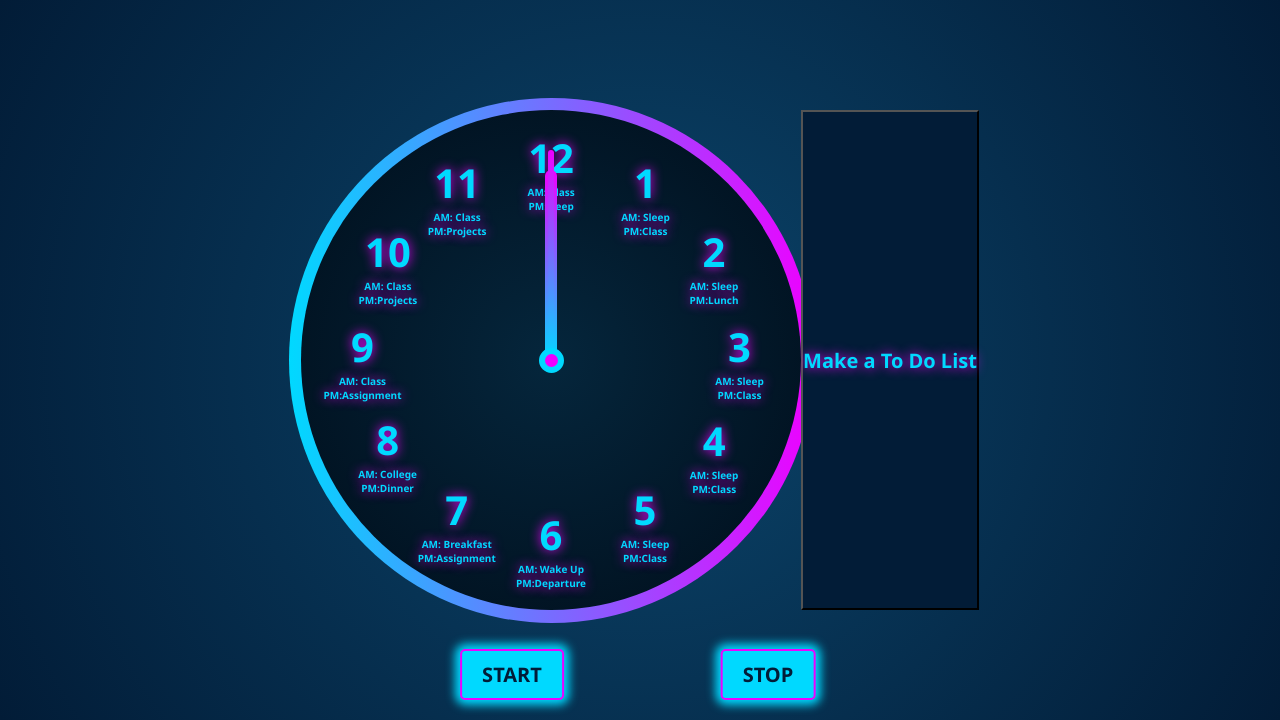
Repository: Suryansh-D/Cool-Clock
Page: index.html
The author's editor kept a copy of each file at every save. The page is drawn from the files as they stood at one save, then again after a run of saves.
The browser window is 1280 px wide. The pictures show the whole page.

Above is the page before, as saved 2024-01-30 18:36:52.

### index.html
<!DOCTYPE html>
<html>
<head>
    <title>Schedule Clock</title>
    <link rel="stylesheet" href="style.css">
</head>
<body>
    <div class="All">
    <div class="clock" id="clock">
        <div class="number" style="--n:1"><b>1 <p class="task">AM: Sleep<p class="task">PM:Class</p></p></b></div>
        <div class="number" style="--n:2"><b>2 <p class="task">AM: Sleep<p class="task">PM:Lunch</p></p></b></div>
        <div class="number" style="--n:3"><b>3 <p class="task">AM: Sleep<p class="task">PM:Class</p></p></b></div>
        <div class="number" style="--n:4"><b>4 <p class="task">AM: Sleep<p class="task">PM:Class</p></p></b></div>
        <div class="number" style="--n:5"><b>5 <p class="task">AM: Sleep<p class="task">PM:Class</p></p></b></div>
        <div class="number" style="--n:6"><b>6 <p class="task">AM: Wake Up<p class="task">PM:Departure</p></p></b></div>
        <div class="number" style="--n:7"><b>7 <p class="task">AM: Breakfast<p class="task">PM:Assignment</p></p></b></div>
        <div class="number" style="--n:8"><b>8 <p class="task">AM: College<p class="task">PM:Dinner</p></p></b></div>
        <div class="number" style="--n:9"><b>9 <p class="task">AM: Class<p class="task">PM:Assignment</p></p></b></div>
        <div class="number" style="--n:10"><b>10 <p class="task">AM: Class<p class="task">PM:Projects</p></p></b></div>
        <div class="number" style="--n:11"><b>11 <p class="task">AM: Class<p class="task">PM:Projects</p></p></b></div>
        <div class="number" style="--n:12"><b>12 <p class="task">AM: Class<p class="task">PM:Sleep</p></p></b></div>
        <div class="hour-hand" id="hour-hand"></div>
        <div class="minute-hand" id="minute-hand"></div>
        <div class="second-hand" id="second-hand"></div>
        <div class="center-dot"></div>
    </div>
    <button class="start-btn" id="start-btn"><b>START</b></button>
    <button class="stop-btn" id="stop-btn"><b>STOP</b></button>
    <button class="To-do" id="ToDobutton"><b>Make a To Do List</b></button>
    <div class="ToDoContainer" id="ToDoContainer">
        <h1>To-Do List</h1>
        <div class="entry">
        <input type="text" id="task-input" placeholder="Enter task" class="entertask">
        <input type="time" id="time-input" class="entertime"></div>
        <button onclick="addTask()" class="addtask">Add Task</button>
        <ul id="task-list">
        </ul>
        </div>
        </div>

      </div><script src="script.js"></script>
</body>
</html>

### style.css
*{
    margin: 0;
    padding: 0;
    box-sizing: border-box;
    font-family: 'Segoe UI', Tahoma, Geneva, Verdana, sans-serif;
}

body{
    display: flex;
    justify-content: center;
    align-items: center;
    height: 100vh;
    background: radial-gradient(circle,#0b456b, #021c37)
}
.clock{
    width: 500px;
    height: 500px;
    position: relative;
    background-color: lightgray;
    border-radius: 50%;
    display: flex;
    justify-content: center;
    align-items: center;
    background: radial-gradient(circle,#05263c , #000d1a);
}
.clock::before{
    content: "";
    position: absolute;
    width: 525px;
    height: 525px;
    border-radius: 50%;
    background:linear-gradient(to right, #00d9ff,#ee00ff);
    box-shadow: 0 0 0 15px 15px rgba(0,0,0,0.2);
    z-index: -1;

}
.number{
    transform: rotate(calc(30deg * var(--n)));
    position: absolute;
    text-align: center;
    inset: 20px;
    font-size: 40px;
    color:#00d9ff;
    text-shadow:0 0 12px #ee00ff;
}
.number b{
    transform: rotate(calc(-30deg * var(--n)));
    display: inline-block;
}

.center-dot{
    position: absolute;
    width: 25px;
    height: 25px;
    background-color: #ee00ff;
    border:6px solid #00d9ff;
    border-radius: 50%;
}

.hour-hand, .minute-hand, .second-hand{
    --rotate:0;
    position: absolute;
    left: 50%;
    bottom: 50%;
    transform: translate(-50%) rotate(calc(var(--rotate)*1deg));
    transform-origin: bottom;
    border-radius: 30px 30px 0 0;
}
.hour-hand{
   width:12px;
    height: 130px;
    background:linear-gradient(#00d9ff, #ee00ff );
}
.minute-hand{
    width:12px;
    height: 190px;
    background:linear-gradient(to top, #00d9ff, #ee00ff );
}
.second-hand{
    width: 6px;
    height: 210px;
    background:linear-gradient(to top, #00d9ff, #ee00ff );
}

.start-btn{
    position: absolute;
    bottom: 20px;
    left: 40%;
    transform: translateX(-50%);
    padding: 10px 20px;
    background-color: #00d9ff;
    border: 2px solid #ee00ff;
    border-radius: 5px;
    color: #021c37;
    font-size: 20px;
    font-weight: 500;
    cursor: pointer;
    transition: all 0.3s ease;
    box-shadow: 0 0 10px 5px #00d9ff;
}
.stop-btn{
    position: absolute;
    bottom: 20px;
    left: 60%;
    transform: translateX(-50%);
    padding: 10px 20px;
    background-color: #00d9ff;
    border: 2px solid #ee00ff;
    border-radius: 5px;
    color: #021c37;
    font-size: 20px;
    font-weight: 500;
    cursor: pointer;
    transition: all 0.3s ease;
    font-family:'Times New Roman', Times, serif;
    box-shadow: 0 0 10px 5px #00d9ff;
}
.task{
    font-size: 10px
}
.To-do{
    font-size: 20px;
    font-weight: 500;
    color: #00d9ff;
    text-shadow:0 0 12px #ee00ff;
    background-color: #021c37;

}

/* To do */

#task-list {
    list-style: none;
    padding: 0;
    margin: 0;
  }

  #task-list li {
    margin-bottom: 5px;
    padding: 10px;
    margin: 10px 0;
    background-color: #c742db;
    color: #fff;
    border-radius: 5px;
  }

  #task-list li button {
    float: right;
    background-color: transparent;
    border: none;
    cursor: pointer;
  }
  .ToDoContainer {
    width: 50%;
    max-width: 600px;
    margin: 0 auto;
    padding: 20px;
    background-color: aqua;
    border-radius: 15px;
  }
  .entertask{
    width: 100%;
    padding: 10px;
    border: 1px solid #ccc;
    border-radius: 5px;
    box-sizing: border-box;
    margin-bottom: 10px;
  }
  .entertime{
    width: 50%;
    padding: 10px;
    border: 1px solid #ccc;
    border-radius: 5px;
    box-sizing: border-box;
    margin-bottom: 10px;
  }
  .addtask{
    width: 100%;
    background-color: #0e28eb;
    color: #fff;
    padding: 10px;
    border: none;
    border-radius: 5px;
    cursor: pointer;
  }
  .entry{
    display: flex;
    justify-content: space-between;
  }
  .All{
    height: auto;
    width: auto;
    display: flex;
    justify-content: space-between;
  }

### script.js


const secondHand = document.getElementById('second-hand');
const minsHand = document.getElementById('minute-hand');
const hourHand = document.getElementById('hour-hand');
const startButton = document.getElementById('start-btn');
const stopButton = document.getElementById('stop-btn');
const ToDobutton = document.getElementById('ToDobutton');
const ToDoContainer = document.getElementById('ToDoContainer');
const Clock = document.getElementById('clock');

Clock
ToDoContainer.style.display = 'none';
ToDobutton.addEventListener('click', () => {
    ToDoContainer.style.display = 'block';

});



startButton.addEventListener('mouseenter', () => {
    startButton.style.backgroundColor = 'lightgreen';
}
);
startButton.addEventListener('mouseleave', () => {
    startButton.style.backgroundColor = 'skyblue'

}
);
stopButton.addEventListener('mouseenter', () => {
    stopButton.style.backgroundColor = 'red';
}
);
stopButton.addEventListener('mouseleave', () => {
    stopButton.style.backgroundColor = 'skyblue';
}
);
startButton.addEventListener('click', () => {
    startButton.style.display = 'none';
    stopButton.style.display = 'inline-block';
    clockTick();
}
);

stopButton.addEventListener('click', () => {
    stopButton.style.display = 'none';
    startButton.style.display = 'inline-block';
}
);
function clockTick(){
    const date = new Date();
    const seconds = date.getSeconds()/60;
    const mins = (seconds + date.getMinutes())/60;
    const hours = (mins + date.getHours())/12;

    rotateClockHand(secondHand, seconds);
    rotateClockHand(minsHand, mins);
    rotateClockHand(hourHand, hours);
}

function rotateClockHand(element, rotation){
    element.style.setProperty('--rotate', rotation * 360);
}



let clockInterval;

function startClock() {
    clockInterval = setInterval(clockTick, 1000);
    console.log('start');
}

function stopClock() {
    clearInterval(clockInterval);
    console.log('stop');
}
startButton.addEventListener('click', startClock);
stopButton.addEventListener('click', stopClock);

// To Do

const taskInput = document.getElementById('task-input');
const timeInput = document.getElementById('time-input');
const taskList = document.getElementById('task-list');

function addTask() {
  const task = taskInput.value;
  const time = timeInput.value;

  if (task) {
    const listItem = document.createElement('li');
    listItem.textContent = task + ' - ' + time;
    const removeButton = document.createElement('button');
    removeButton.textContent = "Remove";
    removeButton.addEventListener('click', () => listItem.remove());
    listItem.appendChild(removeButton);
    taskList.appendChild(listItem);

    taskInput.value = '';
    timeInput.value = '';
  }
}

After the next 2 saves:
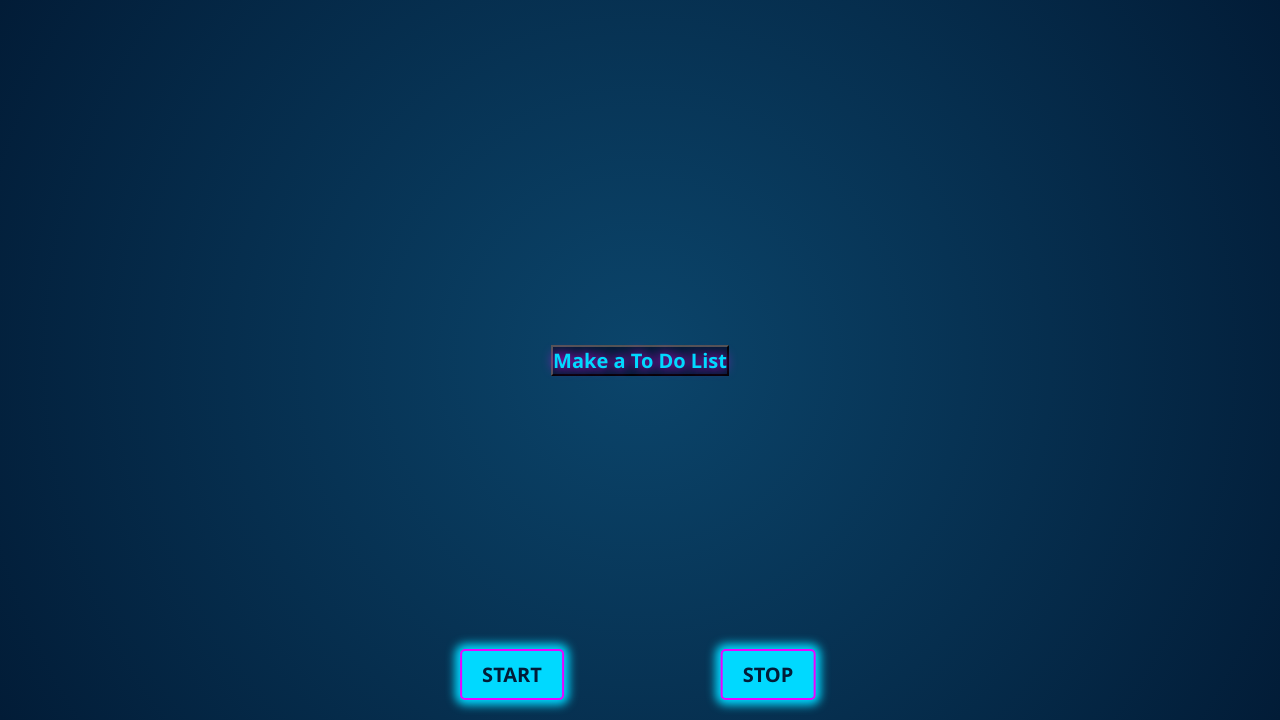
The 2 saves are shown as one change because they came seconds apart.
The last was saved 7 s later.
--- a/script.js
+++ b/script.js
@@ -9,7 +9,7 @@
 const ToDoContainer = document.getElementById('ToDoContainer');
 const Clock = document.getElementById('clock');
 
-Clock
+Clock.style.display = 'none';
 ToDoContainer.style.display = 'none';
 ToDobutton.addEventListener('click', () => {
     ToDoContainer.style.display = 'block';

After the 2 saves that followed:
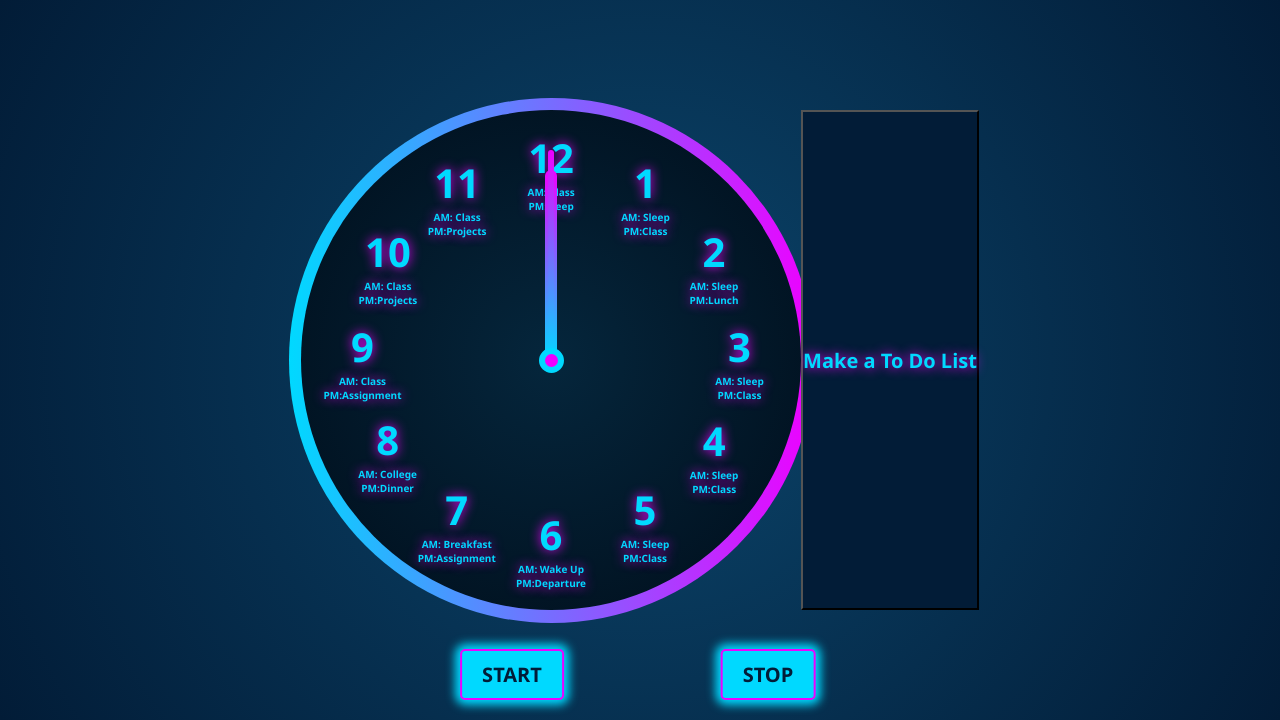
The 2 saves are shown as one change because they came seconds apart.
The last was saved 6 s later.
--- a/script.js
+++ b/script.js
@@ -9,10 +9,11 @@
 const ToDoContainer = document.getElementById('ToDoContainer');
 const Clock = document.getElementById('clock');
 
-Clock.style.display = 'none';
+
 ToDoContainer.style.display = 'none';
 ToDobutton.addEventListener('click', () => {
     ToDoContainer.style.display = 'block';
+    Clock.style.display = 'none';
 
 });
 
